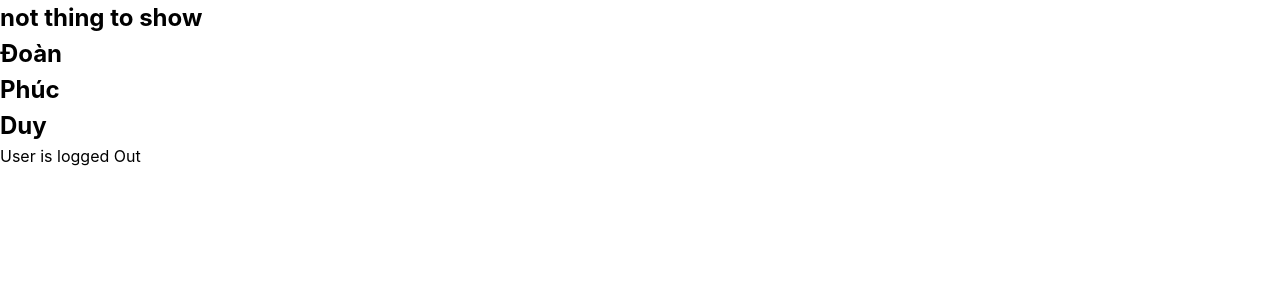
Repository: ledoanmk43/Demo_typescript
Page: /
An editor plug-in stored every save of this project. The page is shown before and after the next save, followed by the edit.
The browser window is 1280 px wide. The pictures show the whole page.
The project was rebuilt for these pictures with package versions that can differ from the ones it lists, and the page was loaded fresh each time.

Above is the page before, as saved 2022-03-07 15:37:23.

### src/App.tsx
import React from "react";

import "./App.css";
import Greeting from "./components/Greeting";
import Login from "./components/state/Login";

function App() {
  // const Name = {
  //   firstName: "Đoàn",
  //   lastName: "Lê",
  // };

  const nameList = [
    {
      firstName: "Đoàn",
      lastName: "Lê",
    },
    {
      firstName: "Phúc",
      lastName: "Lê",
    },
    {
      firstName: "Duy",
      lastName: "Lê",
    },
  ];
  return (
    <div className="App">
      <Greeting nameProps={nameList} />
      <Login />
    </div>
  );
}

export default App;

### src/App.css
*,
*::before,
*::after {
  box-sizing: border-box;
}
* {
  margin: 0;
}

html,
body {
  height: 100%;
}
body {
  line-height: 1.5;
  -webkit-font-smoothing: antialiased;
  -webkit-tap-highlight-color: rgba(0, 0, 0, 0);
}

img,
picture,
video,
canvas,
svg {
  display: block;
  max-width: 100%;
}
input,
button,
textarea,
select {
  font: inherit;
  outline: none;
  border: none;
}
p,
h1,
h2,
h3,
h4,
h5,
h6 {
  overflow-wrap: break-word;
}

### src/components/Greeting.tsx
import React from "react";

// type GreetingProps = {
//   nameProps: string; //we can also assign value like 'Doan' | 'Duy' | 'Phuc' - if there are more than 1 value for the props and we have to to check cases base on these value
// };

type GreetingProps = {
  nameProps: {
    firstName: string;
    lastName: string;
  }[]; //adding [] at the end if prop is an array

  emptyProps?: string;
};

const Greeting = (props: GreetingProps) => {
  const { emptyProps = "not thing to show" } = props;
  return (
    <div>
      <h2>{emptyProps}</h2>
      {props.nameProps.map((prop) => (
        <h2 key={prop.firstName}>{prop.firstName}</h2>
      ))}
    </div>
  );
};

export default Greeting;

### src/components/state/Login.tsx
import React, { useState } from "react";

type User = {
  userName: string;
  passWord: string;
};

const Login = () => {
  const [isLoggedin, setIsLoggedin] = useState(false);
  const [user, setUser] = useState<User | null>(null);

  const logIn = () => {
    setIsLoggedin(true);
    setUser({
      userName: "abc",
      passWord: "123",
    });
    console.log(user);
  };
  const logOut = () => {
    setIsLoggedin(false);
    setUser(null);
    console.log(user);
  };
  return (
    <div>
      <div>User is {isLoggedin ? "logged In" : "logged Out"}</div>
      {user && (
        <div>
          <button onClick={logOut}>Log Out</button>

          <button onClick={logIn}>Log In</button>
        </div>
      )}
    </div>
  );
};

export default Login;

Loaded but not shown: public/index.html (common file); src/index.tsx (common file); src/index.css (common file); src/reportWebVitals.ts (common file)

After the next save:
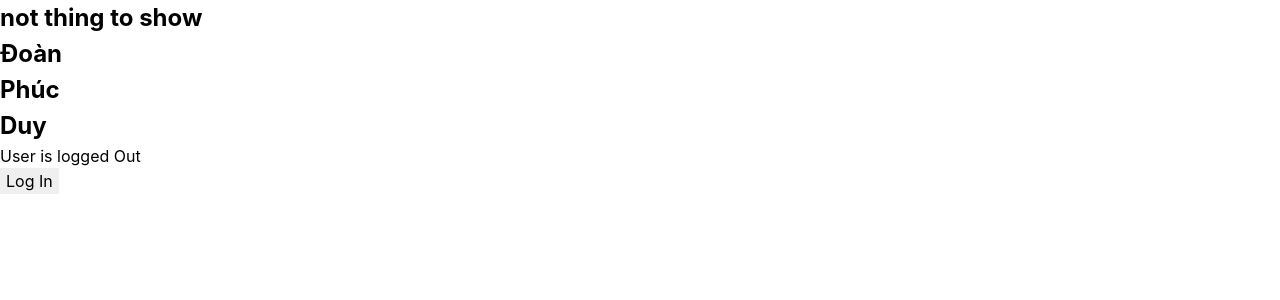
Saved 33 s later.
--- a/src/components/state/Login.tsx
+++ b/src/components/state/Login.tsx
@@ -28,10 +28,9 @@ const Login = () => {
       {user && (
         <div>
           <button onClick={logOut}>Log Out</button>
-
-          <button onClick={logIn}>Log In</button>
         </div>
       )}
+      <button onClick={logIn}>Log In</button>
     </div>
   );
 };
